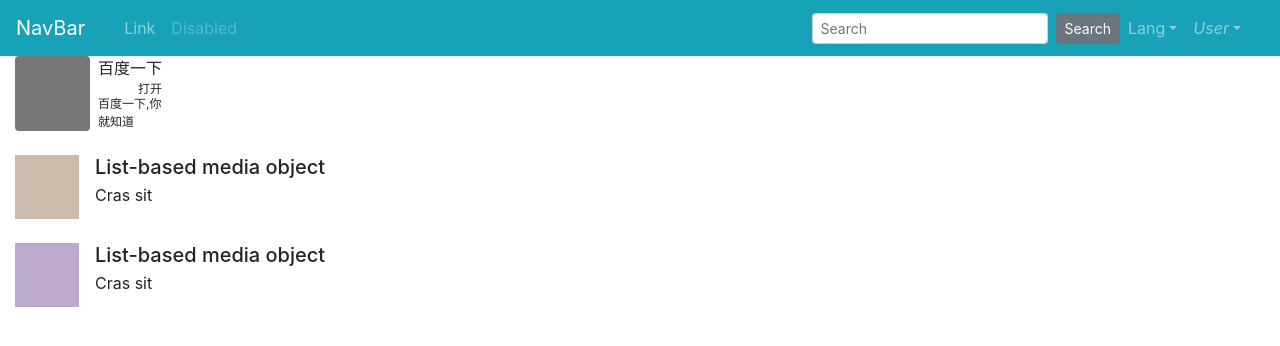
Repository: Funnyrz/vue-nav
Page: /
These files come from the project's save history. The page is drawn as it stood at one moment and after the next save; the edit follows.
The browser window is 1280 px wide. The pictures show the whole page.
The project was rebuilt for these pictures with package versions that can differ from the ones it lists, and the page was loaded fresh each time.

Above is the page before, as saved 2020-08-26 12:16:51.

### public/index.html
<!DOCTYPE html>
<html lang="en">
  <head>
    <meta charset="utf-8">
    <meta http-equiv="X-UA-Compatible" content="IE=edge">
    <meta name="viewport" content="width=device-width,initial-scale=1.0">
    <link rel="icon" href="<%= BASE_URL %>favicon.ico">
    <title>vue-pic</title>
  </head>
  <body>
    <noscript>
      <strong>We're sorry but vue-pic doesn't work properly without JavaScript enabled. Please enable it to continue.</strong>
    </noscript>
    <div id="app"></div>
    <!-- built files will be auto injected -->
  </body>
</html>

### src/main.js
import Vue from 'vue'
import App from './App.vue'
import 'bootstrap/dist/css/bootstrap.css'
import 'bootstrap-vue/dist/bootstrap-vue.css'
import BootstrapVue from 'bootstrap-vue'
// ES Modules syntax

// require syntax

Vue.use(BootstrapVue)
Vue.config.productionTip = false

new Vue({
  render: h => h(App),
}).$mount('#app')

### src/App.vue
<template>
  <div id="app">
    <HelloWorld msg="Welcome to Your Vue.js App" />
  </div>
</template>

<script>
import HelloWorld from "./components/HelloWorld.vue";

export default {
  name: "app",
  components: {
    HelloWorld
  }
};
</script>

<style>
.container-fluid {
  width: 80%;
}
</style>

### src/components/HelloWorld.vue
<template>
  <div class="hello">
    <div>
      <b-navbar toggleable="lg" type="dark" variant="info">
        <b-navbar-brand href="#">NavBar</b-navbar-brand>

        <b-navbar-toggle target="nav-collapse"></b-navbar-toggle>
        <b-container fluid>
          <b-collapse id="nav-collapse" is-nav>
            <b-navbar-nav>
              <b-nav-item href="#">Link</b-nav-item>
              <b-nav-item href="#" disabled>Disabled</b-nav-item>
            </b-navbar-nav>

            <!-- Right aligned nav items -->
            <b-navbar-nav class="ml-auto">
              <b-nav-form>
                <b-form-input size="sm" class="mr-sm-2" placeholder="Search"></b-form-input>
                <b-button size="sm" class="my-2 my-sm-0" type="submit">Search</b-button>
              </b-nav-form>

              <b-nav-item-dropdown text="Lang" right>
                <b-dropdown-item href="#">EN</b-dropdown-item>
                <b-dropdown-item href="#">ES</b-dropdown-item>
                <b-dropdown-item href="#">RU</b-dropdown-item>
                <b-dropdown-item href="#">FA</b-dropdown-item>
              </b-nav-item-dropdown>

              <b-nav-item-dropdown right>
                <!-- Using 'button-content' slot -->
                <template v-slot:button-content>
                  <em>User</em>
                </template>
                <b-dropdown-item href="#">Profile</b-dropdown-item>
                <b-dropdown-item href="#">Sign Out</b-dropdown-item>
              </b-nav-item-dropdown>
            </b-navbar-nav>
          </b-collapse>
        </b-container>
      </b-navbar>

      <b-container fluid>
        <div>
          <ul class="list-unstyled">
            <b-media tag="li" style="width:20%">
              <template v-slot:aside>
                <b-img v-bind="mainProps" rounded alt="placeholder"></b-img>
                <div class="nav-card">
                  百度一下
                 <div class="nav-card-text">
                  百度一下,你就知道
                </div>
                <div class="nav-card-btn">
                 打开
               </div>
                </div>

              </template>
            </b-media>

            <b-media tag="li" class="my-4">
              <template v-slot:aside>
                <b-img blank blank-color="#cba" width="64" alt="placeholder"></b-img>
              </template>

              <h5 class="mt-0 mb-1">List-based media object</h5>
              <p class="mb-0">Cras sit</p>
            </b-media>

            <b-media tag="li">
              <template v-slot:aside>
                <b-img blank blank-color="#bac" width="64" alt="placeholder"></b-img>
              </template>

              <h5 class="mt-0 mb-1">List-based media object</h5>
              <p class="mb-0">Cras sit</p>
            </b-media>
          </ul>
        </div>
      </b-container>
    </div>
  </div>
</template>

<script>
export default {
  name: "HelloWorld",
  props: {
    msg: String
  },
  data() {
    return {
      mainProps: {
        blank: true,
        blankColor: "#777",
        width: 75,
        height: 75,
        class: "m1"
      }
    };
  },
  mounted() {}
};
</script>

<!-- Add "scoped" attribute to limit CSS to this component only -->
<style scoped>

a {
  color: #42b983;
}
.nav-card{position:relative;width:100%;margin-left: 8px;}
.nav-card-text{
  font-size:12px;bottom:0px;position:absolute;
}
.nav-card-btn{
  font-size:12px;right:0px;position:absolute;
}
</style>

After the next save:
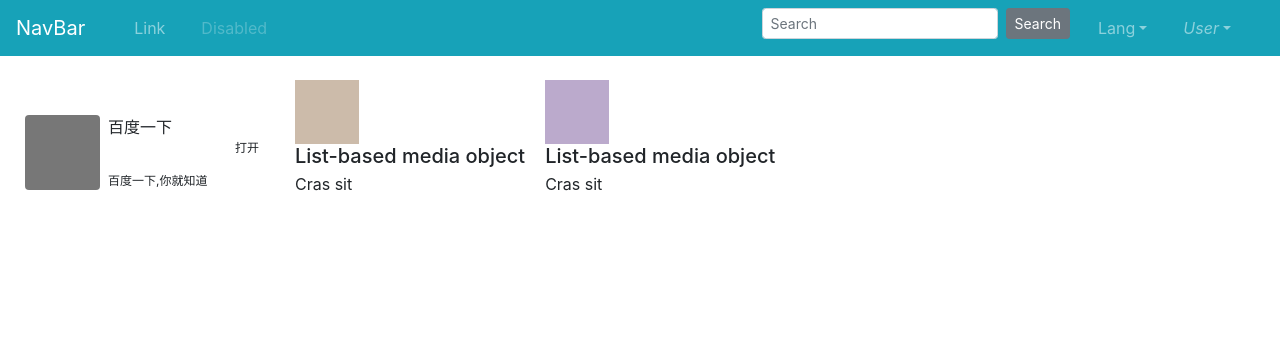
Saved 4 s later.
--- a/src/components/HelloWorld.vue
+++ b/src/components/HelloWorld.vue
@@ -106,6 +106,10 @@ export default {
 <!-- Add "scoped" attribute to limit CSS to this component only -->
 <style scoped>
 
+li {
+  display: inline-block;
+  margin: 0 10px;
+}
 a {
   color: #42b983;
 }
